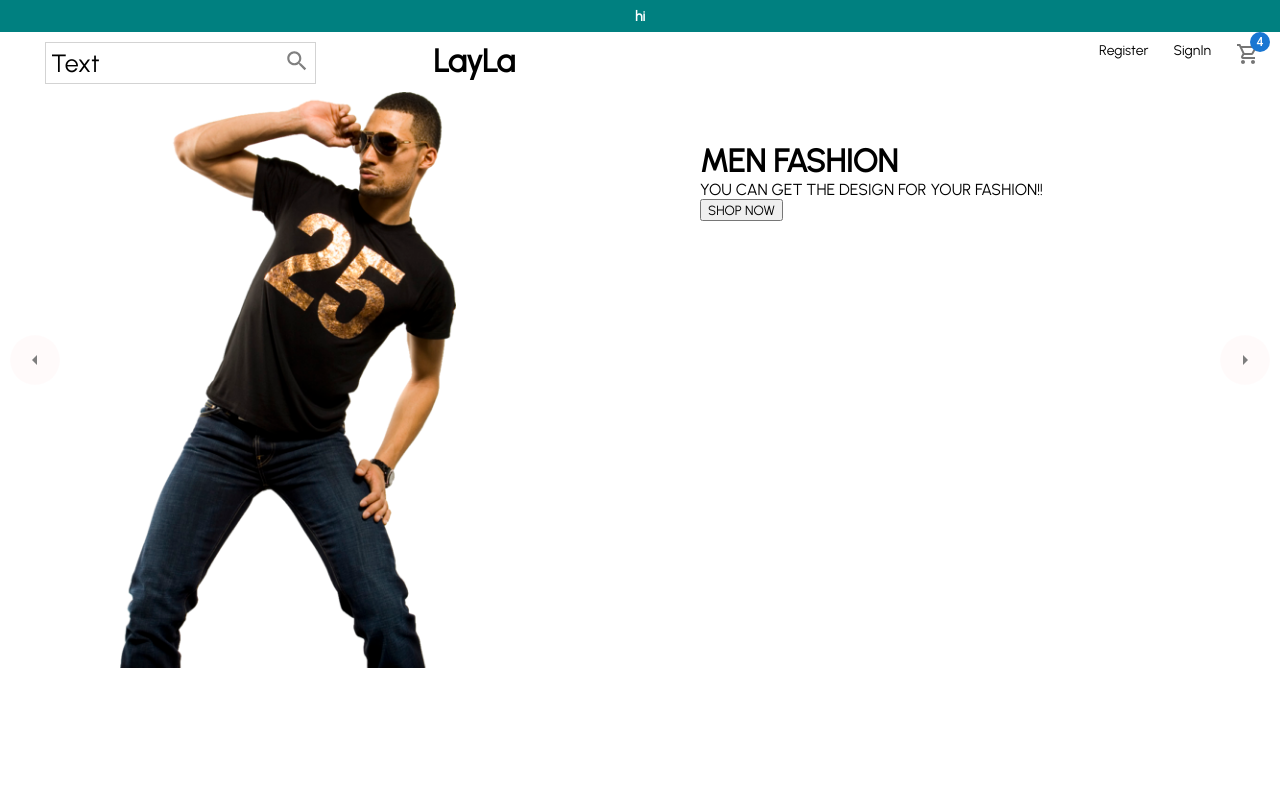
Repository: WaiMaungMaung/React_Ecom
Page: /
These files come from the project's save history. The page is drawn as it stood at one moment and after the next save; the edit follows.
The browser window is 1280 px wide. The pictures show the whole page.
The project was rebuilt for these pictures with package versions that can differ from the ones it lists, and the page was loaded fresh each time.

Above is the page before, as saved 2022-05-06 13:38:49.

### public/index.html
<!DOCTYPE html>
<html lang="en">
  <head>
    <meta charset="utf-8" />
    <link rel="icon" href="%PUBLIC_URL%/favicon.ico" />

    <link
      href="https://fonts.googleapis.com/css2?family=Urbanist&display=swap"
      rel="stylesheet"
    />

    <style>
      * {
        margin: 0;
        font-family: "Urbanist", sans-serif;
      }
    </style>
    <title>React App</title>
  </head>
  <body>
    <noscript>You need to enable JavaScript to run this app.</noscript>
    <div id="root"></div>
  </body>
</html>

### src/pages/Home.jsx
import React from "react";
import Announcements from "../components/Announcements";
import NavBar from "../components/NavBar";
import Slider from "../components/Slider";
const Home = () => {
  return (
    <div>
      <Announcements />

      <NavBar />
      <Slider />
    </div>
  );
};

export default Home;

### src/components/Announcements.jsx
import styled from "@emotion/styled";
const Container = styled.div`
  background-color: teal;
  height: 32px;
  display: flex;
  align-items: center;
  justify-content: center;
  color: white;
  font-size: 14px;
  font-weight: bold;
`;

const Announcements = () => {
  return <Container>hi</Container>;
};

export default Announcements;

### src/components/NavBar.jsx
import { Search, ShoppingCartOutlined } from "@material-ui/icons";
import React from "react";
import styled from "styled-components";
import { Badge } from "@mui/material";
const Container = styled.div`
  height: 60px;
`;

const Wrapper = styled.div`
  padding: 10px 20px;
  align-item: center;
  display: flex;
  justify-content: space-between;
`;

const SearchContainer = styled.div`
  border: 0.5px solid lightgray;
  margin-left: 25px;
  display: flex;
  align-item: center;
  padding: 5px;
`;
const Input = styled.input`
  border: none;
  margin-left: 20px;
  font-size: 14px;
`;

const Language = styled.span`
  font-size: 25px;
  cursor: pointer;
`;
const Left = styled.div`
  flex: 1;
  display: flex;
`;

const Center = styled.div`
  flex: 1;
`;

const Logo = styled.h1`
  font-weight: bold;
`;

const MenuItem = styled.div`
  font-size: 14px;
  cursor: pointer;
  align-item: center;
  margin-left: 25px;
`;
const Right = styled.div`
  flex: 1;
  display: flex;
  align-item: center;
  justify-content: flex-end;
`;
const NavBar = () => {
  return (
    <Container>
      <Wrapper>
        <Left>
          <SearchContainer>
            <Language>Text</Language>
            <Input />
            <Search style={{ color: "grey", fontSize: "26px" }} />
          </SearchContainer>
        </Left>
        <Center>
          <Logo>LayLa</Logo>
        </Center>
        <Right>
          <MenuItem>Register</MenuItem>
          <MenuItem>SignIn</MenuItem>

          <MenuItem>
            <Badge badgeContent={4} color="primary">
              <ShoppingCartOutlined color="action" />
            </Badge>
          </MenuItem>
        </Right>
      </Wrapper>
    </Container>
  );
};

export default NavBar;

### src/components/Slider.jsx
import styled from "@emotion/styled";
import { ArrowLeftOutlined, ArrowRightOutlined } from "@material-ui/icons";
import React from "react";
import Clothes from "../img/clothes.png";
const Container = styled.div`
  width: 100%;
  height: 100vh;
  display: flex;
`;
const Arrow = styled.div`
  width: 50px;
  height: 50px;
  background-color: #fff7f7;
  border-radius: 50%;
  display: flex;
  align-items: center;
  justify-content: center;
  position: absolute;
  top: 0;
  bottom: 0;
  margin: auto;
  cursor: pointer;
  opacity: 0.5;
  left: ${(props) => props.direction === "left" && "10px"};
  right: ${(props) => props.direction === "right" && "10px"};
`;
const Slide = styled.div`
  display: flex;
  height: 100vh;
  width: 100vw;
  align-item: center;
`;

const Image = styled.img`
  height: 80%;
`;
const ImgContainer = styled.div`
  height: 100%;
  margin-left: 120px;
  flex: 1;
`;
const Wrapper = styled.div`
  height: 100%;
`;
const InfoContainer = styled.div`
  flex: 1;
  padding: 50px;
`;

const Title = styled.h1``;
const Desc = styled.p``;
const Button = styled.button``;
const Slider = () => {
  return (
    <Container>
      <Arrow direction="left">
        <ArrowLeftOutlined />
      </Arrow>
      <Wrapper>
        <Slide>
          <ImgContainer>
            <Image src={Clothes} />
          </ImgContainer>
          <InfoContainer>
            <Title>MEN FASHION</Title>
            <Desc>YOU CAN GET THE DESIGN FOR YOUR FASHION!!</Desc>
            <Button>SHOP NOW</Button>
          </InfoContainer>
        </Slide>
      </Wrapper>

      <Arrow direction="right">
        <ArrowRightOutlined />
      </Arrow>
    </Container>
  );
};

export default Slider;

Loaded but not shown: src/index.js (common file); src/App.js (common file)

After the next save:
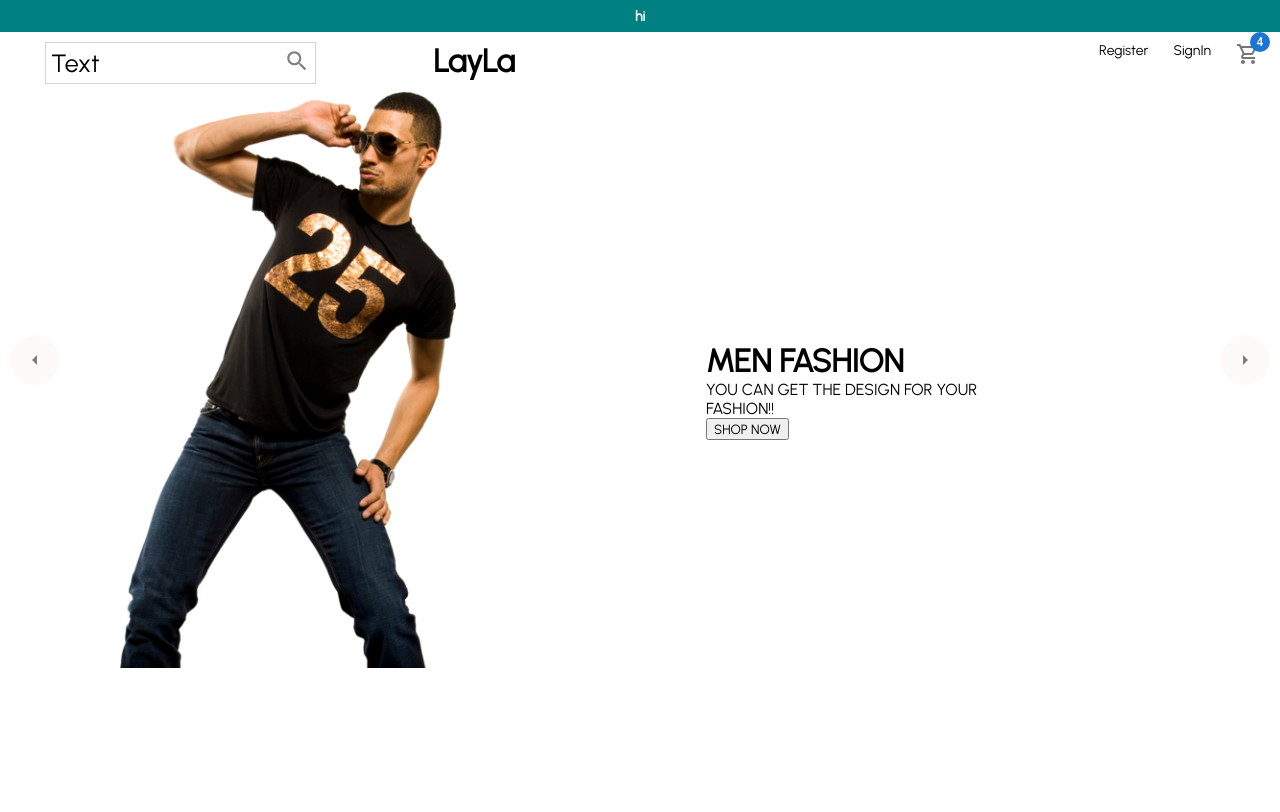
Saved 61 s later.
--- a/src/components/Slider.jsx
+++ b/src/components/Slider.jsx
@@ -44,7 +44,7 @@ const Wrapper = styled.div`
 `;
 const InfoContainer = styled.div`
   flex: 1;
-  padding: 50px;
+  padding: 250px;
 `;
 
 const Title = styled.h1``;
